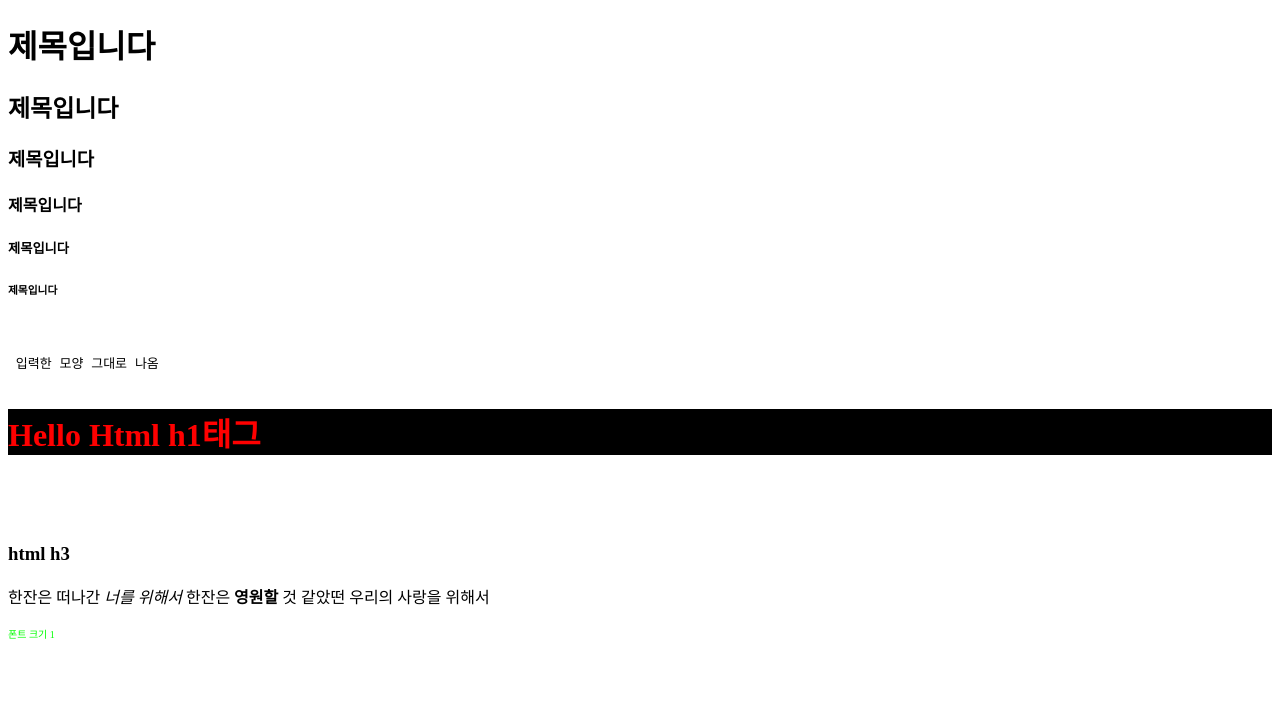
Repository: suhong99/htmlLecture
Page: sample01-1/src/main/webapp/index.html
An editor plug-in stored every save of this project. The page is shown before and after the next save, followed by the edit.
The browser window is 1280 px wide. The pictures show the whole page.

Above is the page before, as saved 2023-06-21 04:44:35.

### sample01-1/src/main/webapp/index.html
<!DOCTYPE html>
<html>
<head>
<meta charset="UTF-8">
<title>Insert title here</title>
</head>
<body>
<!-- 주석문 Ctrl + Shift+/ -->
<!--
	HTML -> Hyper Text Markup Language
			웹에 띄우는 언어
		Tag로 구성되어 있따
		<태그명>텍스트 </태그명>
		<태그명 속성(attribute)=값>택스트</태그명>
		<태그명 속성(attribute)="특성 : 값">택스트</태그명>
		URL -> 접속주소 Uniform Resource Locator
 -->

 <!-- heading  -->
  <h1> 제목입니다</h1>
  <h2> 제목입니다</h2>
  <h3> 제목입니다</h3>
  <h4> 제목입니다</h4>
  <h5> 제목입니다</h5>
  <h6> 제목입니다</h6>
 <!--  줄바꿈 -->
 <br>
 <pre>
 입력한 모양 그대로 나옴
 </pre>

 <!--
 	Attribute(속성)
 		<태그명 속성1명="값" 속성2명 = "값"></태그명>
 	Property(특성)
 		<xormaud thrtjd1aud="프로퍼티1:값;프로퍼티2:값"></태그명>
  -->
 <h1 style="color : red; background-color:black">Hello Html h1태그</h1>
  <h1 style="color : #ffffff; background-color:0000ff">Hello Html h1태그</h1>
 <h3 id = "" class "" name = "" className="">html h3</h3>
 <p> 한잔은 떠나간 <i>너를 위해서</i> 한잔은 <b>영원할</b> 것 같았떤 우리의 사랑을 위해서 </p>
 <font size="1" color="#00ff00">폰트 크기 1</font>
</body>
</html>

After the next save:
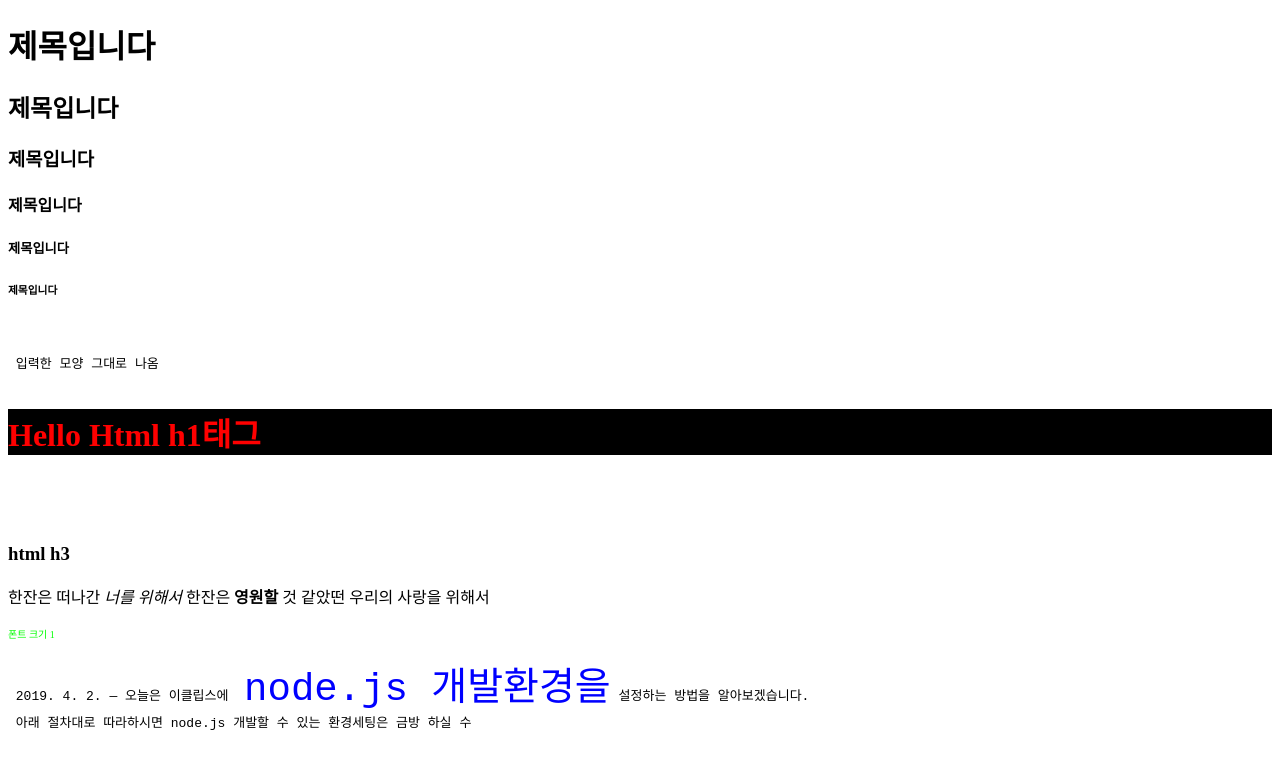
Saved 96 s later.
--- a/sample01-1/src/main/webapp/index.html
+++ b/sample01-1/src/main/webapp/index.html
@@ -40,5 +40,10 @@
  <h3 id = "" class "" name = "" className="">html h3</h3>
  <p> 한잔은 떠나간 <i>너를 위해서</i> 한잔은 <b>영원할</b> 것 같았떤 우리의 사랑을 위해서 </p>
  <font size="1" color="#00ff00">폰트 크기 1</font>
+
+ <pre>
+ 2019. 4. 2. — 오늘은 이클립스에  <font size="13" color="#0000ff">node.js 개발환경을</font> 설정하는 방법을 알아보겠습니다.
+ 아래 절차대로 따라하시면 node.js 개발할 수 있는 환경세팅은 금방 하실 수
+ </pre>
 </body>
 </html>
